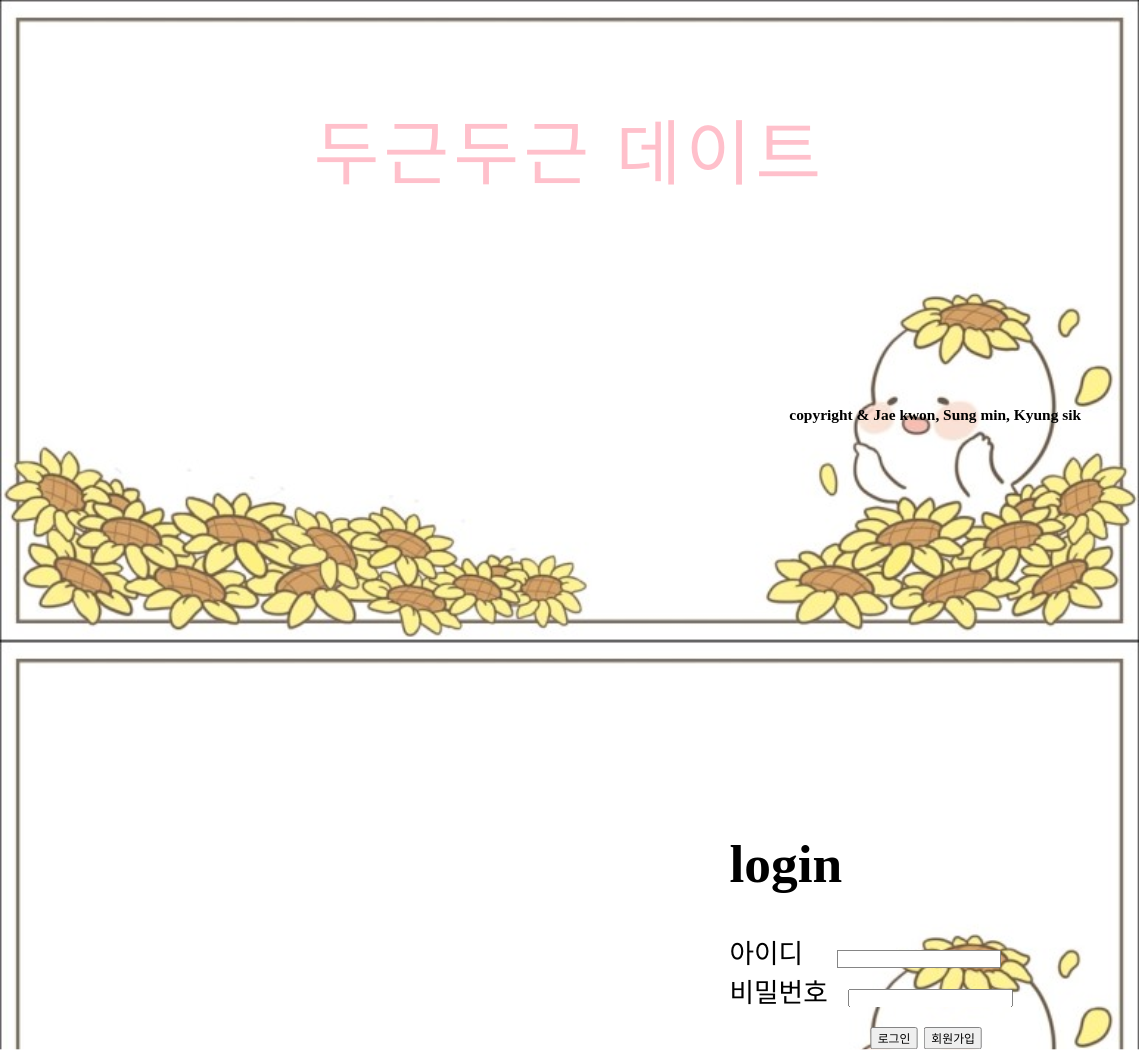
Repository: pinokio531/date_application
Page: http://localhost/doogeunDate/indexPage.jsp
These files come from the project's save history. The page is drawn as it stood at one moment and after the next save; the edit follows.
The browser window is 1280 px wide. The pictures show the whole page, at 89% of full size.
Some web fonts or font styles are not loaded; a fallback is used. The page is served by Tomcat 9.

Above is the page before, as saved 2019-06-04 09:54:52.

### doogeunDate/WebContent/indexPage.jsp
<%@ page language="java" contentType="text/html; charset=UTF-8"
    pageEncoding="UTF-8"%>
<%@ page errorPage = "error/errorpage.jsp" %>
<html lang="en">

<head>
	<link href="https://fonts.googleapis.com/css?family=Nanum+Brush+Script&display=swap" rel="stylesheet">
	<meta charset="EUC-KR">
	<meta http-equiv="X-UA-Compatible" content="ie=edge">
	<title>Document</title>
	<link rel="stylesheet" type="text/css" href="style/index.css" />
</head>

<body>
	<div id="header">
		<p>두근두근 데이트</p>
	</div>
	<form action="f_login.jsp" method="post">
		<div class="container">
			<div class="blank">&nbsp;</div>
			<div class="login">
				<h1>login</h1>
				아이디 &nbsp;&nbsp;&nbsp; <input name="id"><br>
				비밀번호 &nbsp;&nbsp;<input name="passwd"><br>

				<div class="button">
					<input type="submit" value="로그인">
					<input type="button" value="회원가입" onclick="location.href='joinPage.jsp'"><br>
				</div>
			</div>
		</div>
	</form>
	<div class="footer">
		<p>copyright & Jae kwon, Sung min, Kyung sik</p>
	</div>
</body>

</html>

### doogeunDate/WebContent/style/index.css
body{
    background-image:url(../asset/ompang.jpg);
    background-size: 100%;
}

#header{
    text-align: center;
    padding: 20px;
    font-family: 'Nanum Brush Script', cursive;
    font-size: 60pt;
    letter-spacing: 5px;
    color: pink;
}

.container{
    margin: 0 auto;
}

.blank{
    float: left;
    width: 65%;
    height: 80%;
}

.footer{
    padding-top: 100px;
    text-align: center;
    font-size: 13pt;
}

.login{
    float: right;
    margin:10px;
    width: 35%;
    height: 20%;
    font-family: 'Nanum Brush Script', cursive;
    font-size: 30px;
}

.button{
    margin: 10px;
    text-align:center;
}

.footer p {
    font-weight: bold;
}

After the next save:
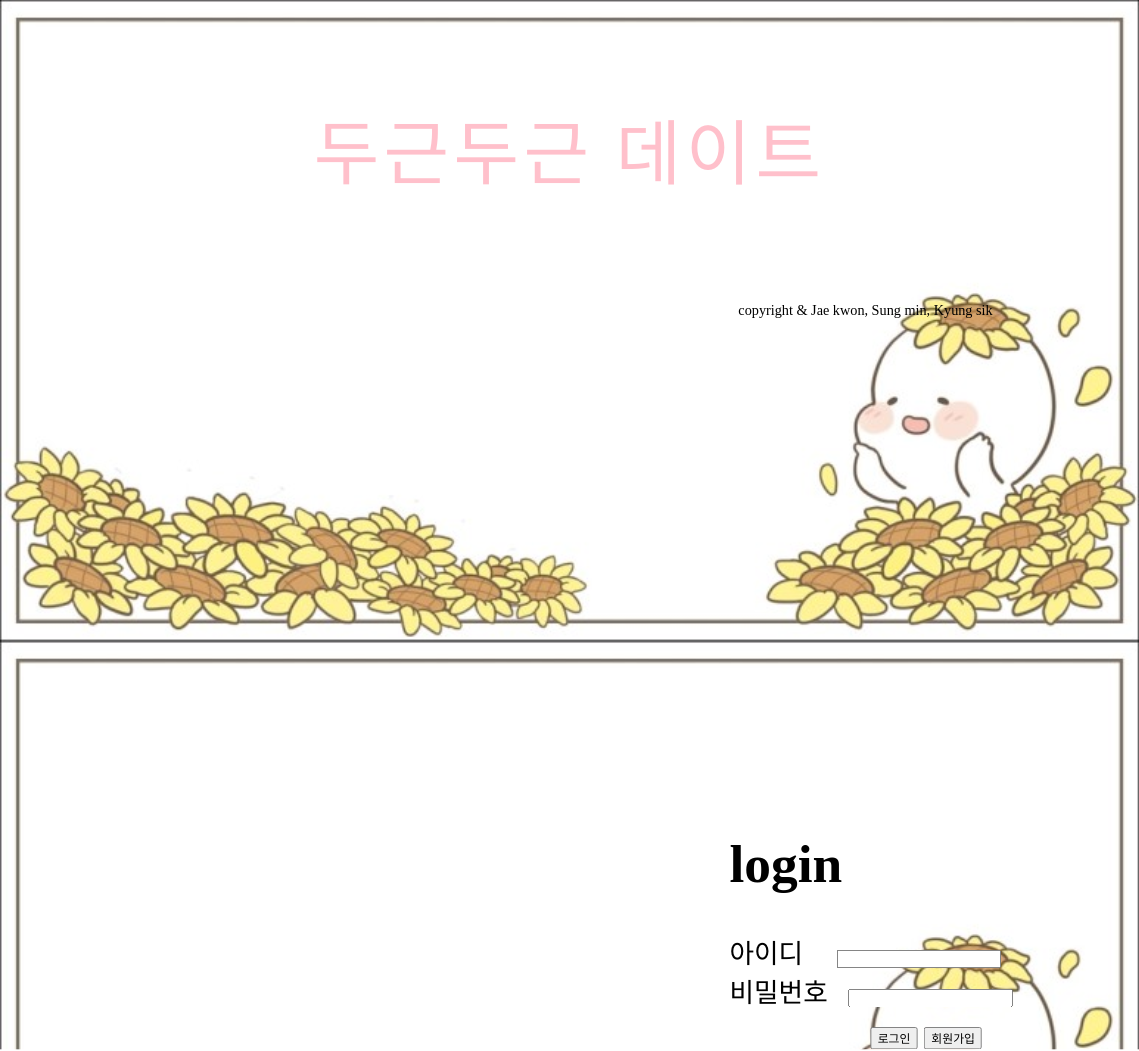
Saved 38 s later.
--- a/doogeunDate/WebContent/indexPage.jsp
+++ b/doogeunDate/WebContent/indexPage.jsp
@@ -30,9 +30,10 @@
 			</div>
 		</div>
 	</form>
-	<div class="footer">
-		<p>copyright & Jae kwon, Sung min, Kyung sik</p>
-	</div>
 </body>
 
+<footer>
+<p>copyright & Jae kwon, Sung min, Kyung sik</p>
+</footer>
+
 </html>
